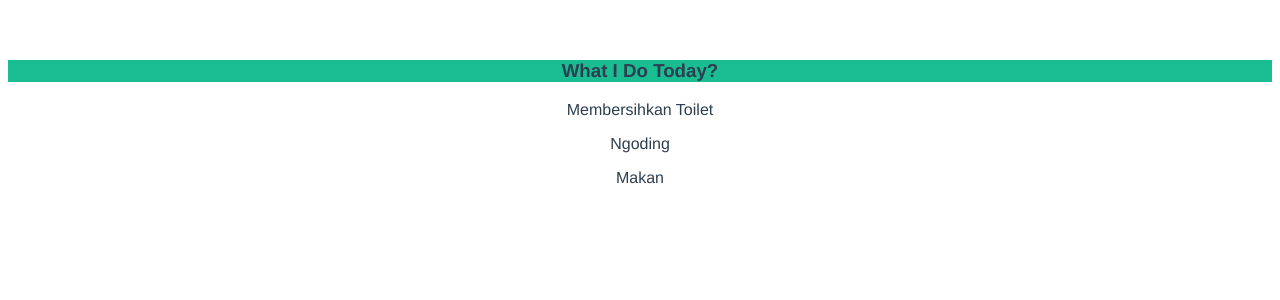
Repository: AdiPrimanto/praxis-academy
Page: / (app in novice/03-05/todolist/)
An editor plug-in stored every save of this project. The page is shown before and after the next save, followed by the edit.
The browser window is 1280 px wide. The pictures show the whole page.
The project was rebuilt for these pictures with package versions that can differ from the ones it lists, and the page was loaded fresh each time.

Above is the page before, as saved 2019-11-29 14:01:20.

After the next save:
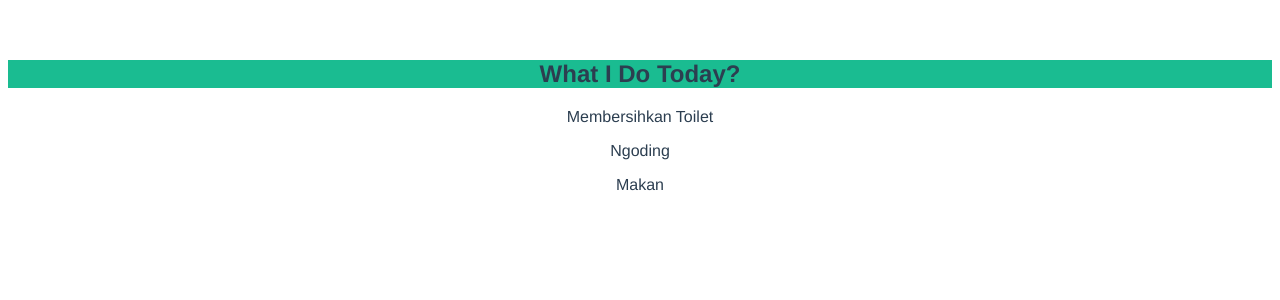
Saved 17 s later.
--- a/novice/03-05/todolist/src/App.vue
+++ b/novice/03-05/todolist/src/App.vue
@@ -3,7 +3,7 @@
     <div class="container">
       <div class="row header">
         <div class="col-12">
-          <h3>What I Do Today? </h3>
+          <h2>What I Do Today? </h2>
         </div>
       </div>
       <div class="row content">
